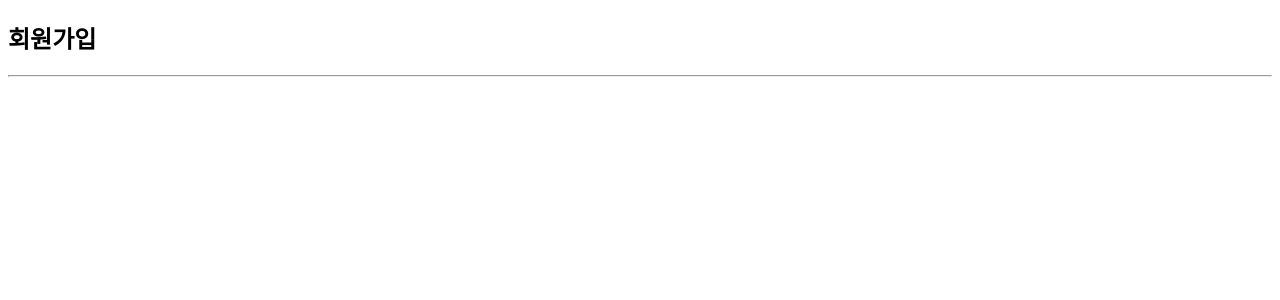
Repository: Jin0207/jsp
Page: http://localhost/day1213/inputMember.jsp
The author's editor kept a copy of each file at every save. The page is drawn from the files as they stood at one save, then again after the next save.
The browser window is 1280 px wide. The pictures show the whole page.
The page is served by Tomcat 9.

Above is the page before, as saved 2021-12-13 06:09:16.

After the next save:
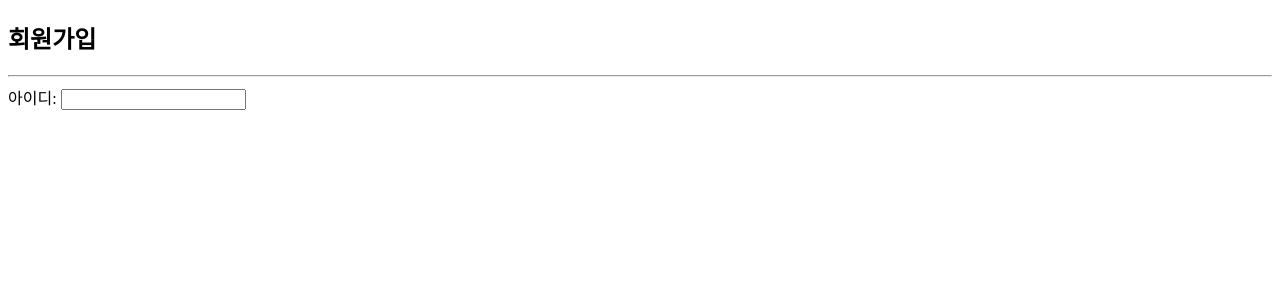
Saved 53 s later.
--- a/day1213/src/main/webapp/inputMember.jsp
+++ b/day1213/src/main/webapp/inputMember.jsp
@@ -9,6 +9,8 @@
 <body>
 	<h2>회원가입</h2>
 	<hr>
-	<form action="inputMemberOK.jsp" method="post"></form>
+	<form action="inputMemberOK.jsp" method="post">
+		아이디: <input type="text" name="id">
+	</form>
 </body>
 </html>
